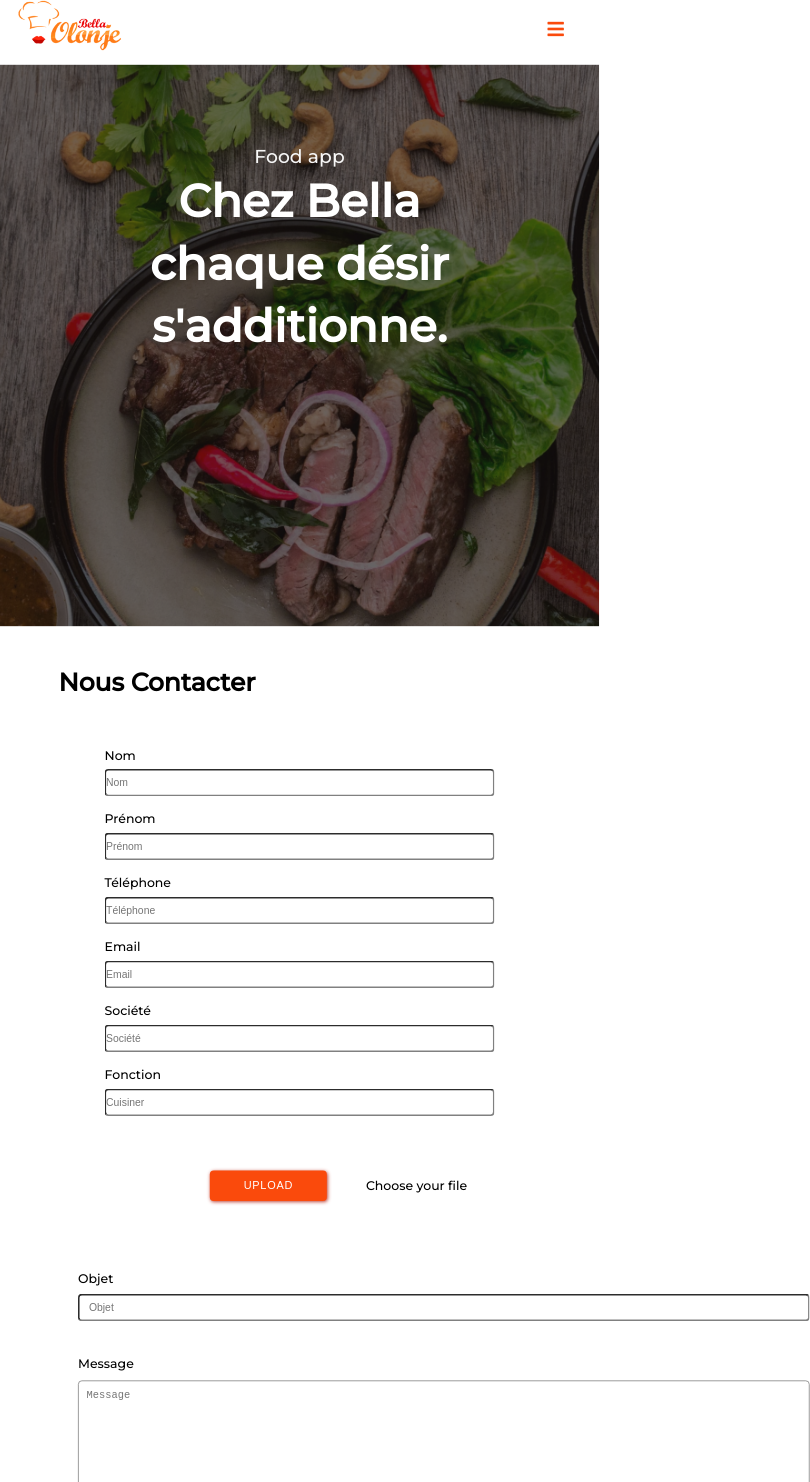
Repository: sisilass31/bella-olonje
Page: html/contact.html
An editor plug-in stored every save of this project. The page is shown before and after a run of saves, followed by the edit.
The browser window is 768 px wide. The page is 1038 px wide, so the pictures cover 1038 px, including what lies to the right of the window. The pictures show the part of the page from y = 19 to 1919 px (the page is 2603 px tall before and 2518 px after), at 78% of full size.
Pictures or frames that could not be fetched are drawn as grey boxes. Some web libraries are served in a nearby version.

Above is the page before, as saved 2023-02-15 10:18:17.

### html/contact.html
<!DOCTYPE html>
<html lang="fr">

<head>
    <meta charset="UTF-8">
    <meta http-equiv="X-UA-Compatible" content="IE=edge">
    <meta name="viewport" content="width=device-width, initial-scale=1.0">
    <link rel="stylesheet" href="https://pro.fontawesome.com/releases/v5.10.0/css/all.css">
    <script src="https://www.google.com/recaptcha/api.js" async defer></script>
    <link rel="stylesheet" href="../css/contact.css">
    <title>Contact</title>
</head>

<body>
    <header>
        <nav>
            <ul class='nav-bar'>
                <li class='logo'><a href='#'><img src="../img/logo.png"alt="jsp"></a></li>
                <div><input type='checkbox' id="check"></div>
                <span class="menu">
                  <li><a href="acceuil.html" class="nav-link">Home</a></li>
                  <li><a href="#pizza" class="nav-link">Pizzas</a></li>
                  <li><a href="#burger" class="nav-link">Burgers</a></li>
                  <li><a href="#salades" class="nav-link">Salades</a></li>
                  <li><a href="index3.html" class="nav-link">Contact</a></li>
                  <label for="check" class="close-menu"><i class="fas fa-times"></i></label>
                </span>
                <label for="check" class="open-menu"><i class="fas fa-bars"></i></label>
            </ul>
        </nav>
        <div class="food_app">
            <div class="title_food_app">
                <h3>Food app</h3>
                <strong>Chez Bella <br>chaque désir s'additionne.</strong>
            </div>
        </div>
    </header>
    <main>
        <div class="infos" id="form-infos">
            <form>
              <h1>Nous Contacter</h1>

                <div class="grp_infos">
                    <div class="nom_prenom">
                        <div class="label1">
                            <label class="label_nom">Nom</label><br>
                            <input type="text" placeholder="Nom">
                        </div>
                        <div class="label1">
                            <label class="label_nom">Prénom</label><br>
                            <input type="text" placeholder="Prénom">
                        </div>
                    </div>
                </div>

                <div class="telephone_email">
                  <div class="label1">
                    <label class="label_nom">Téléphone</label><br>
                    <input type="text" placeholder="Téléphone">
                  </div>
                  <div class="label1">
                    <label class="label_nom">Email</label><br>
                    <input type="text" placeholder="Email">
                  </div>
                </div>

                <div class="société_fonction">
                    <div class="label1">
                      <label class="label_nom">Société</label><br>
                      <input type="text" placeholder="Société">
                    </div>
                    <div class="label1">
                      <label class="label_nom">Fonction</label><br>
                      <input type="text" placeholder="Cuisiner">
                    </div>
                </div>


                <div class="chose">
                    <div class="div_button">
                        <button class="button" type="button">UPLOAD</button>
                        <p>Choose your file</p>
                    </div>
                </div>

                <div>
                    <div class="g-recaptcha" data-sitekey="6Lc_nVgkAAAAANUqv4ltSxulUPFWVLdaBJeZfWuV"></div>
                </div>

                <div class="grp_choose">
                    <div class="choose_message">
                        <div class="label_choose">
                            <label>Objet</label><br>
                            <input type="text" placeholder="Objet">
                        </div>
                        <div class="label_message">
                            <label>Message</label><br>
                            <textarea placeholder="Message"></textarea>
                        </div>
                    </div>
                </div>
                <div class="map">
                    <iframe
                        src="https://www.google.com/maps/embed?pb=!1m14!1m8!1m3!1d6802.520331314847!2d2.4286389989125756!3d48.78576307783899!3m2!1i1024!2i768!4f13.1!3m3!1m2!1s0x47e67344bd2d57f1%3A0x2a84a845271b523a!2sAFPA!5e0!3m2!1sfr!2sfr!4v1674599977215!5m2!1sfr!2sfr"
                        width="800" height="400" style="border: 1px;;" allowfullscreen="" loading="lazy"
                        referrerpolicy="no-referrer-when-downgrade">
                    </iframe>
                </div>

                <div class="div_button2"><button class="button2" type="button">Envoyer</button></div>
            </form>
        </div>

    </main>
</body>

### css/contact.css
@import url('https://fonts.googleapis.com/css2?family=Montserrat:wght@100;200;500&display=swap');

* {
    margin: 0px;
    padding: 0px;
    scroll-behavior: smooth;
    box-sizing: border-box;
}

html,
body {
    font-family: Montserrat, sans-serif;
    background-size: cover;
    background-position: center;
    height: 100vh;
    background-repeat: no-repeat;
    scroll-behavior: smooth;
}

/*navbar*/
.nav-bar {
    width: 100%;
    display: flex;
    justify-content: space-between;
    align-items: center;
    list-style: none;
    position: relative;
    background-color: #FFF;
    padding: 12px 20px;
}

.logo img {
    width: 150px;
}

.menu {
    display: flex;
}

.menu li {
    padding-left: 30px;
    padding-right: 55px;
}

.menu li a {
    display: inline-block;
    text-decoration: none;
    color: #333;
    text-align: center;
    position: relative;
}

.menu li a:hover {
    color: #FA4A0C;
}

.open-menu {
    position: absolute;
    color: #FA4A0C;
    cursor: pointer;
    font-size: 1.5rem;
    display: none;
}

.close-menu {
    position: absolute;
    color: #333;
    cursor: pointer;
    font-size: 1.5rem;
    display: none;
    padding: 10px;
}

.open-menu {
    top: 50%;
    right: 20px;
    transform: translateY(-50%);
}

.close-menu {
    top: 20px;
    right: 20px;
}

#check {
    display: none;
}

@media(max-width: 920px) {
    .menu {
        flex-direction: column;
        align-items: center;
        width: 60%;
        height: 100vh;
        position: fixed;
        top: 0;
        right: -100%;
        z-index: 100;
        background-color: rgb(152, 152, 152);
        ;
        transition: all 0.2s ease-in-out;
        padding-top: 100px;
    }

    .menu li {
        margin-top: 40px;
    }

    .menu li a {
        padding: 10px;
        color: #FFF;
    }

    .open-menu {
        display: block;
        padding-right: 25px;
        padding-top: 13px;
    }

    .close-menu {
        display: block;
        color: #FFF;
        padding-right: 25px;
        padding-top: 22px;
    }

    #check:checked~.menu {
        right: 0;
    }

    .menu li a:hover {
        color: #333;
    }

    .nav-link {
        font-family: Montserrat;
        letter-spacing: .8px;
    }
}

/*navbar*/
/*food_app*/
.title_food_app {
    padding-top: 50px;
}

.food_app {
    background-image: url(../img/food_app.png);
    min-height: 90vh;
    background-repeat: no-repeat;
    background-position: center;
    background-size: cover;
}

.title_food_app h3 {
    font-family: 'Montserrat';
    font-style: normal;
    font-weight: 550;
    font-size: 24px;
    line-height: 36px;
    text-align: center;
    letter-spacing: 0.1px;
    color: #F7F7F7;
    padding-top: 50px;
}

.title_food_app {

    font-family: Montserrat;
    font-style: normal;
    font-weight: 600;
    font-size: 58px;
    line-height: 80px;
    text-align: center;
    letter-spacing: 0.2px;
    color: #FFFFFF;
}

.title_pizza {
    display: flex;
    justify-content: center;
    color: #000000;
}

/*food_app*/

/*contact*/

.label1 {
    padding-right: 200px;
    padding-left: 100px;
}

.label1 input {
    width: 280px;
    height: 35px;
    margin-bottom: 20px;
    margin-top: 8px;
    padding: 5px 12px;
    color: grey;
    border-radius: 5px;
    border-color: gray;
}

/*upload*/
.chose {
    display: flex;
}

.grp_choose {
    padding-left: 100px;
}

.label_choose input {
    width: 938px;
    height: 35px;
    margin-bottom: 20px;
    margin-top: 10px;
    padding: 5px 12px;
    color: grey;
    border-radius: 5px;
    border-color: gray;
}

.label_message {
    padding-top: 25px;
}

textarea {
    width: 938px;
    height: 141px;
    margin-bottom: 20px;
    color: grey;
    border-color: gray;
    margin-top: 12px;
    padding: 10px 10px 80px;
    outline: none;
    border-radius: 5px;
    resize: none;
}

/*upload*/

.infos h1 {
    padding: 52px 0px 65px 75px;
}

/*contact*/
.nom_prenom {
    display: flex;
    justify-content: space-around;
    padding-right: 200px;
    padding-bottom: 28px;
}

.telephone_email {
    display: flex;
    justify-content: space-around;
    padding-right: 200px;
    padding-bottom: 28px;
}

.société_fonction {
    display: flex;
    justify-content: space-around;
    padding-right: 200px;
    padding-bottom: 28px;
}

.div_button {
    padding: 50px 0px 35px 100px;
    display: flex;
}

.div_button2 {
    padding: 50px 490px 50px 0px;
    display: flex;
    justify-content: flex-end;
}

.button {
    letter-spacing: 1px;
    font-size: 14px;
}

.button2 {
    letter-spacing: 1px;
    font-size: 16px;
}

.g-recaptcha {
    padding: 0px 0px 55px 100px;
}

.div_button p {
    padding-left: 50px;
    padding-top: 10px;
}

.div_button button {
    border: 0;
    line-height: 2.8;
    width: 150px;
    padding: 0 18px;
    font-size: 14px;
    text-align: center;
    color: #fff;
    border-radius: 5px;
    background-color: #FA4A0C;
    box-shadow: 1px 1px 5px #B73227;
}

.div_button2 button {
    border: 0;
    line-height: 2.5;
    width: 150px;
    padding: 0 18px;
    font-size: 18px;
    text-align: center;
    color: #fff;
    border-radius: 20px;
    background-color: #FA4A0C;
    box-shadow: 1px 1px 5px #B73227;
}


/*contact*/

.choose {
    padding-left: 50px;
    padding-bottom: 38px;
    display: flex;
}

.message {
    padding-left: 50px;
    padding-bottom: 55px;
    display: flex;
}

/*map*/
.map {
    padding: 50px 0px 50px 100px;
}

/*map*/

/*responsive*/
/* Mobile */
@media (max-width:767px) {}

/* Ipad Mini to ipad */
@media screen and (min-width:768px) and (max-width:991px) {
    .infos h1 {
        padding: 52px 0px 65px 75px;
    }

    .nom_prenom {
        padding: 0;
        flex-direction: column;
    }

    .label1 {
        padding: 0;
    }

    .label1 input {
        padding: 0;
        width: 500px;
    }

    .telephone_email {
        padding: 0;
        flex-direction: column;
        justify-content: center;
        align-items: center;
    }

    .société_fonction {
        padding: 0;
        flex-direction: column;
        justify-content: center;
        align-items: center;
    }

    .grp_infos {
        display: flex;
        justify-content: center;

    }
    .chose {
        justify-content: center;
        }
        .div_button {
        padding: 50px 0px 35px 100px;
        }
}

After the next 2 saves:
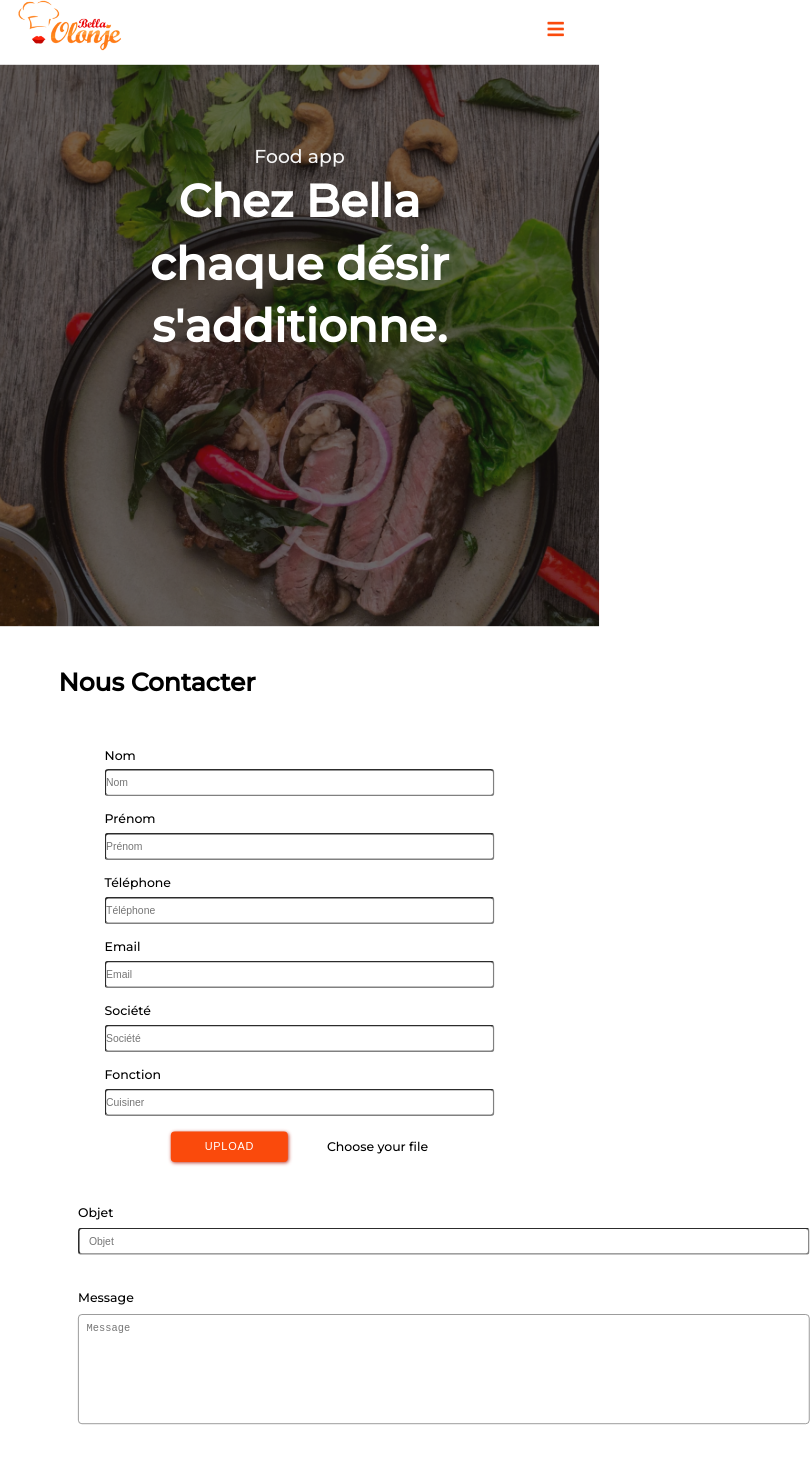
The 2 saves are shown as one change because they came seconds apart.
The last was saved 7 s later.
--- a/css/contact.css
+++ b/css/contact.css
@@ -388,10 +388,12 @@ textarea {
         justify-content: center;
 
     }
+
     .chose {
         justify-content: center;
-        }
-        .div_button {
-        padding: 50px 0px 35px 100px;
-        }
-}
+    }
+
+    .div_button {
+        padding: 0;
+    }
+}
